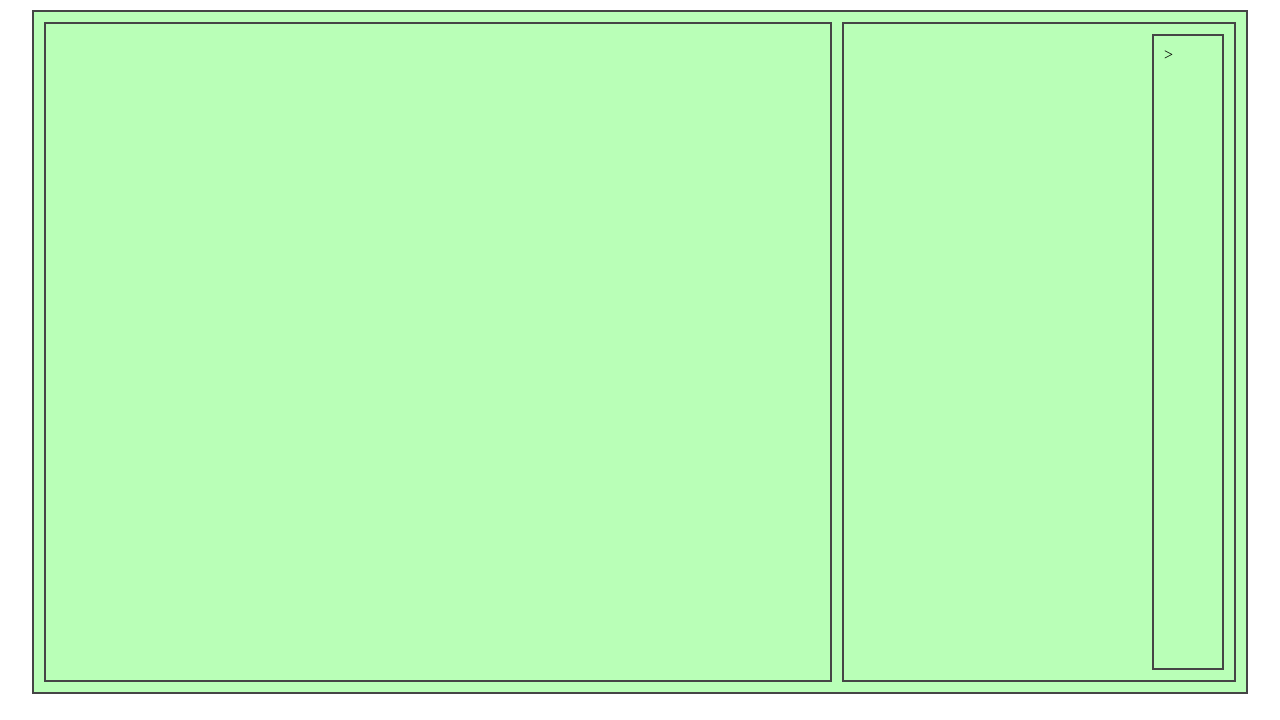
Repository: tannerbroberts/tannerbroberts.github.io
Page: /
These files come from the project's save history. The page is drawn as it stood at one moment and after a run of saves; the edit follows.
The browser window is 1280 px wide. The pictures show the whole page.
The project was rebuilt for these pictures with package versions that can differ from the ones it lists, and the page was loaded fresh each time. Also part of the build but not shown: vite.config.ts.

Above is the page before, as saved 2022-10-04 09:43:32.

After the next 4 saves:
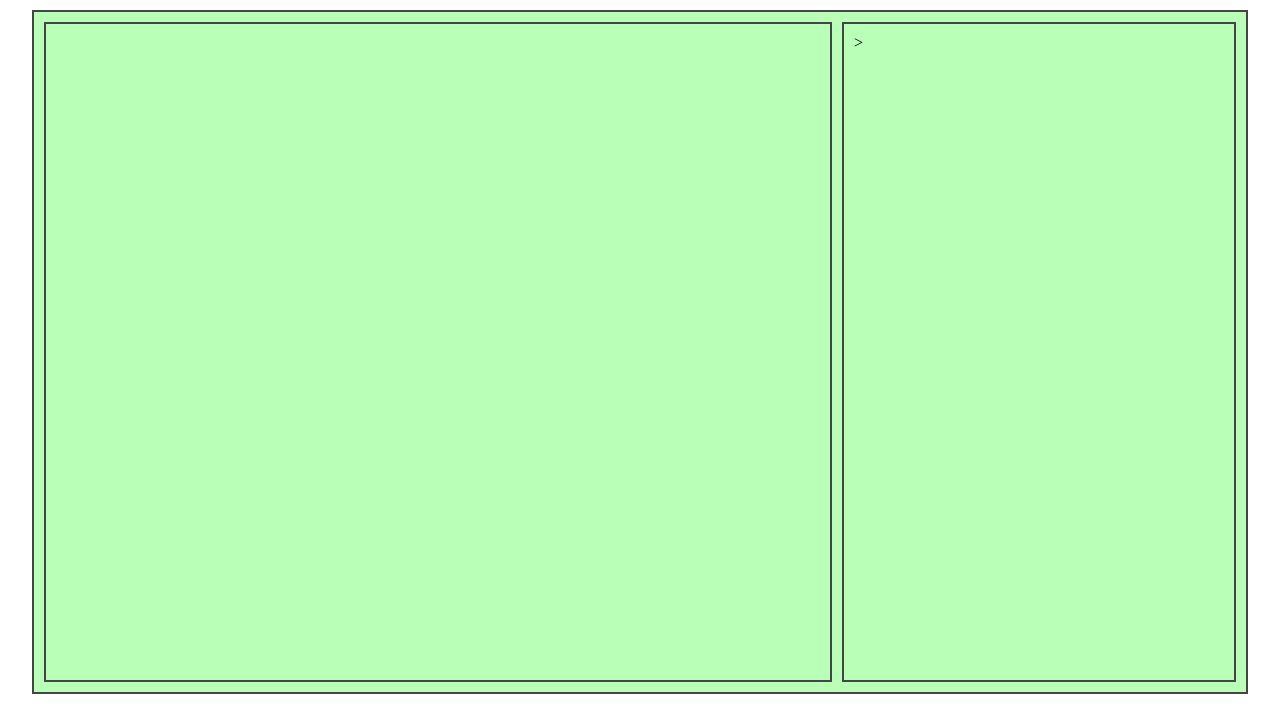
The 4 saves are shown as one change because 1 did not build or start and some came seconds apart.
The last was saved 21 s later.
--- a/src/components/Shelf/Shelf.js
+++ b/src/components/Shelf/Shelf.js
@@ -4,17 +4,15 @@ import { cssHelper } from "../../api/cssHelper"
 import ShelfToggle from "./ShelfToggle"
 import { useATP_StateContext } from "../../providers/ATP_Context"
 
-const shelfCSS = {
-	...cssHelper,
-	width: "100%",
-	gridTemplate: "1fr / minmax(0px, 4fr) 1fr",
+const shelfCSS = () => {
+
 }
 
 export default function Shelf() {
 	const { shelfOpen } = useATP_StateContext()
 
 	return (
-		<div style={shelfCSS}>
+		<div style={shelfCSS(shelfOpen)}>
 			<div></div> {/** content area */}
 			<ShelfToggle />
 		</div>
